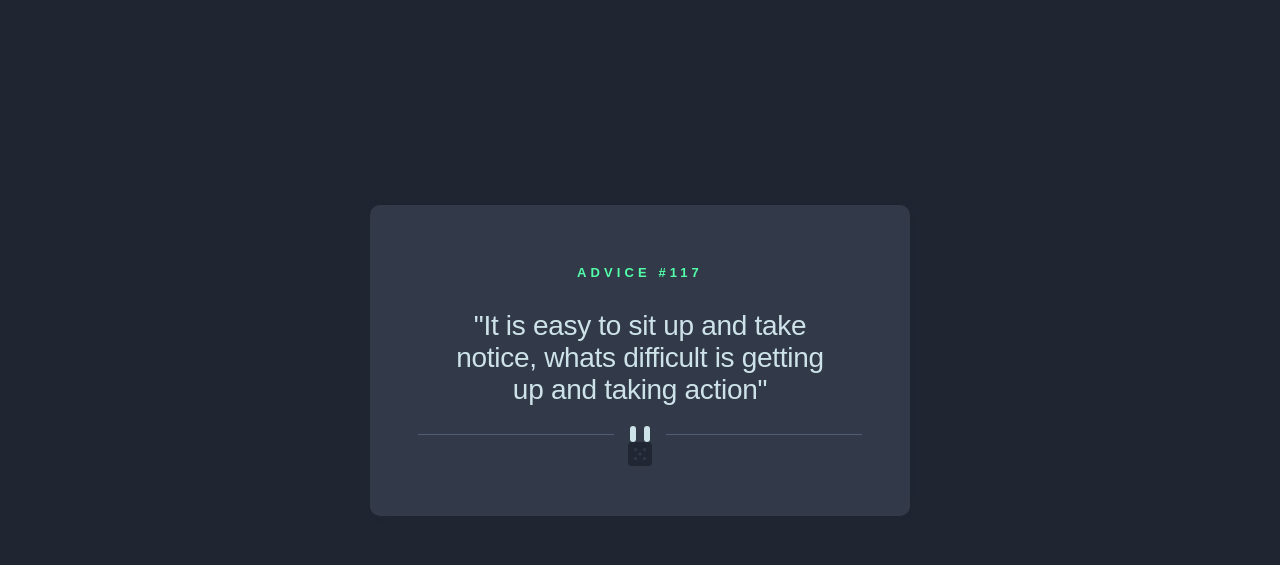
Repository: Arkitecth/advice-generator
Page: index.html
An editor plug-in stored every save of this project. The page is shown before and after the next save, followed by the edit.
The browser window is 1280 px wide. The pictures show the whole page.

Above is the page before, as saved 2023-07-12 17:47:04.

### index.html
<!DOCTYPE html>
<html lang="en">
<head>
  <meta charset="UTF-8">
  <meta name="viewport" content="width=device-width, initial-scale=1.0"> <!-- displays site properly based on user's device -->

  <link rel="icon" type="image/png" sizes="32x32" href="./images/favicon-32x32.png">
  <link rel="stylesheet" href="style.css">
  <title>Advice generator app</title>

</head>
<body>
  <div class="container">
    <p class="advice">Advice <span class="advice-num">#117</span></p>
    <p class="advice-text">"It is easy to sit up and take notice, whats difficult is getting up and taking action"</p>
    <img src="images/pattern-divider-desktop.svg" alt="pattern-divider-desktop">
    <img src="images/icon-dice.svg" alt="dice-icon">
  </div>
</body>
</html>

### style.css
:root {
    --dark-blue: hsl(218, 23%, 16%);
    --dark-grayish-blue:hsl(217, 19%, 24%);
    --light-cyan:  hsl(193, 38%, 86%);
    --neon-green:hsl(150, 100%, 66%);
    --grayish-blue:hsl(217, 19%, 38%);
}
* {
    margin: 0;
    padding:0;
    box-sizing: border-box;
    font-family: 'Manrope', sans-serif;
}
@import url('https://fonts.googleapis.com/css2?family=Manrope:wght@800&display=swap');


body {
    background-color: var(--dark-blue);
    display: flex;
    height: 100vh;
    align-items: center;
}

.container {
    margin: 0 auto;
    background-color: var(--dark-grayish-blue);
    max-width: 540px;
    padding: 50px;
    border-radius: 10px;
    box-shadow: 3px 0px 5px var(--dark-blue);
    display: flex;
    flex-direction: column;
    align-items: center;
    align-content: space-around;
    justify-content: space-between;
}

.advice {
    color: var(--neon-green);
    text-transform: uppercase;
    font-weight: 800;
    letter-spacing: 4.086px;
    font-size: 0.8125rem;
    margin: 10px 10px;
}

.advice-text {
    color: var(--light-cyan);
    text-align: center;
    font-size: 28px;
    letter-spacing: -0.3px;
    padding:  20px;
}

After the next save:
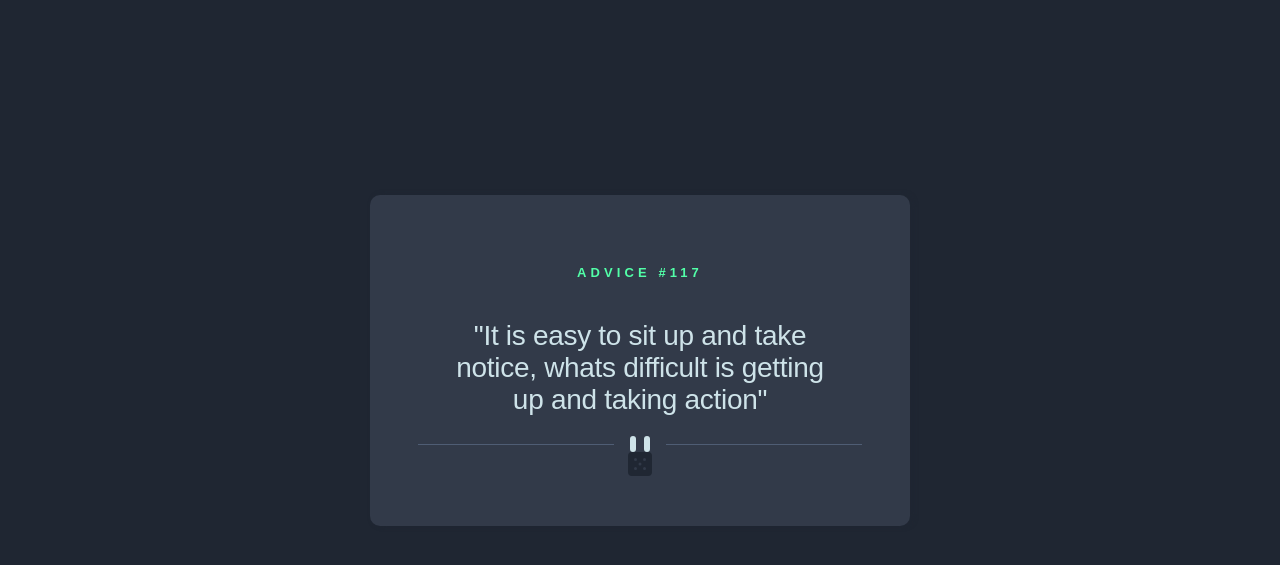
Saved 9 s later.
--- a/style.css
+++ b/style.css
@@ -41,7 +41,7 @@
     font-weight: 800;
     letter-spacing: 4.086px;
     font-size: 0.8125rem;
-    margin: 10px 10px;
+    padding: 20px;
 }
 
 .advice-text {
@@ -49,5 +49,5 @@
     text-align: center;
     font-size: 28px;
     letter-spacing: -0.3px;
-    padding:  20px;
+    padding: 20px;
 }

After the save that followed:
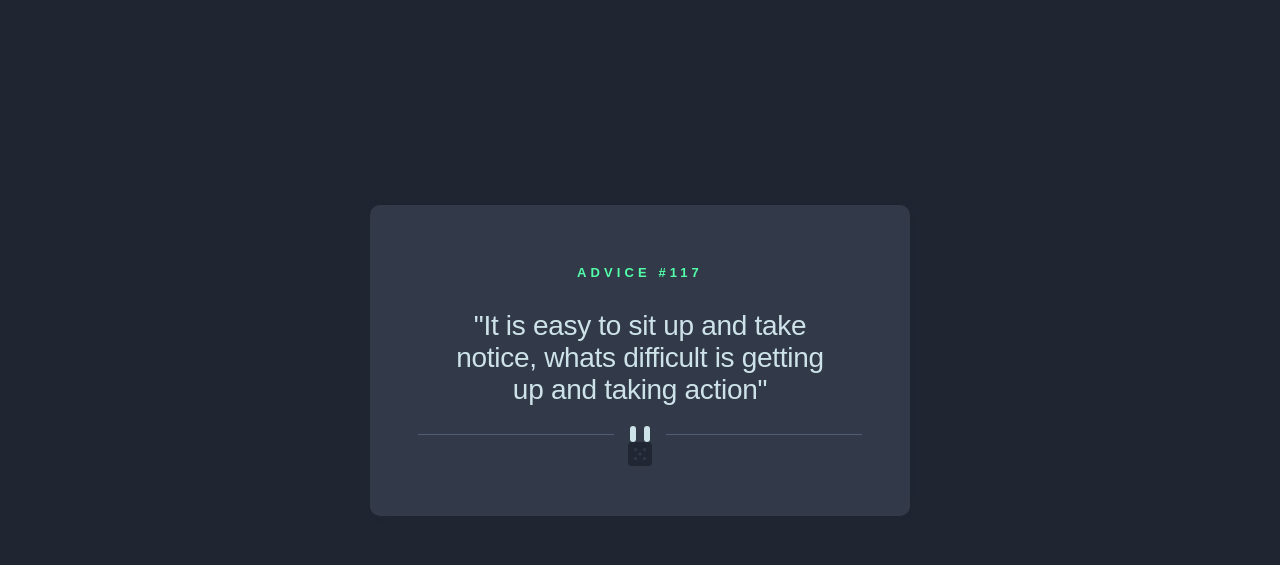
Saved 17 s later.
--- a/style.css
+++ b/style.css
@@ -41,7 +41,7 @@
     font-weight: 800;
     letter-spacing: 4.086px;
     font-size: 0.8125rem;
-    padding: 20px;
+    padding: 10px;
 }
 
 .advice-text {
